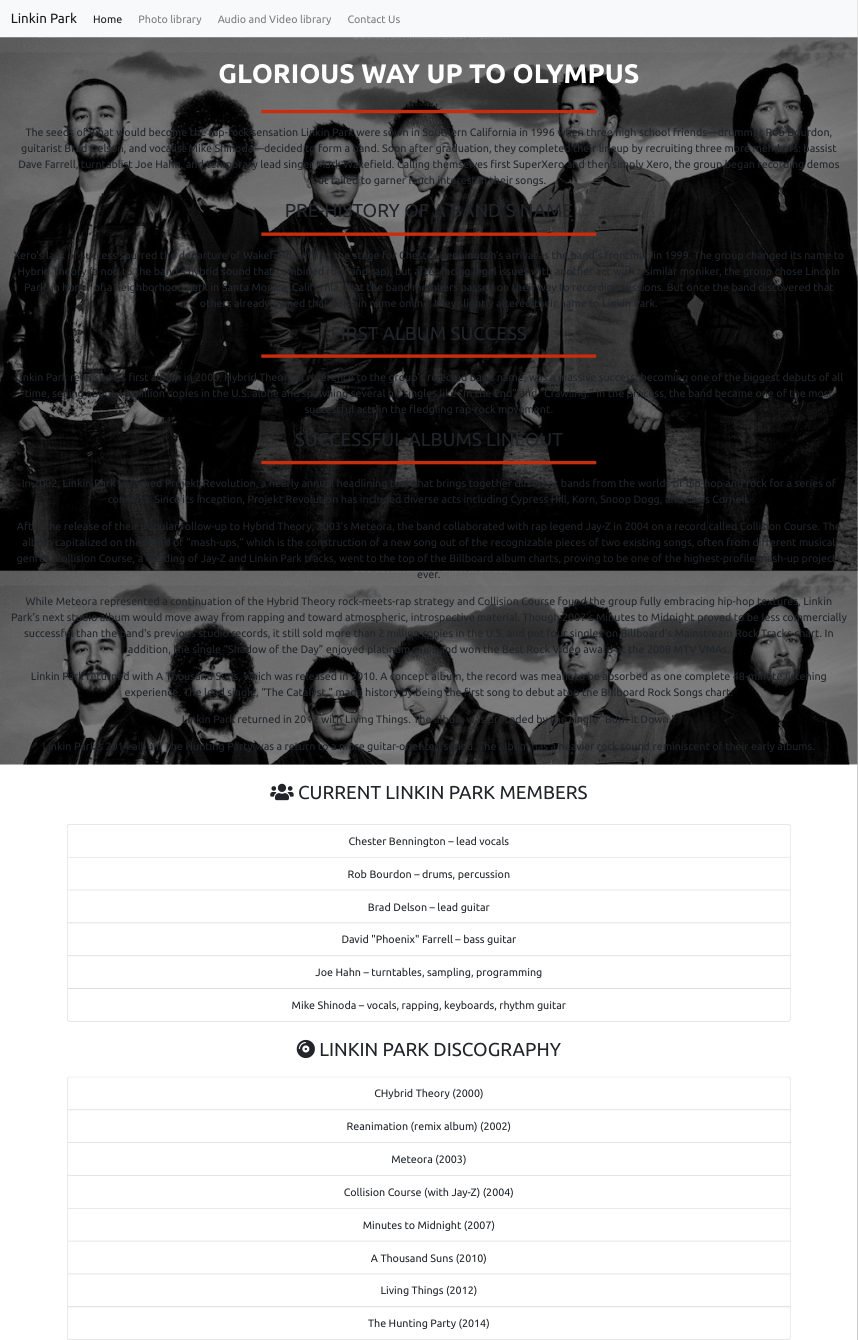
Repository: vaida898/website
Page: index.html
The author's editor kept a record of every edit. The page is drawn from the files as they stood at one moment, then again after the next edit.
The browser window is 1280 px wide. The pictures show the whole page, at 67% of full size.
Backgrounds fixed to the window are drawn as part of the page. Some web libraries are served in a nearby version.

Above is the page before.
Console error: TypeError: Cannot read properties of undefined (reading 'fn')

### index.html
<!DOCTYPE html>
<html lang="en">

<head>
    <meta charset="UTF-8">
    <meta name="viewport" content="width=device-width, initial-scale=1.0">
    <meta http-equiv="X-UA-Compatible" content="ie=edge">
    <title>LinkinPark website</title>

    <link rel="stylesheet" href="https://stackpath.bootstrapcdn.com/bootstrap/4.3.1/css/bootstrap.min.css" integrity="sha384-ggOyR0iXCbMQv3Xipma34MD+dH/1fQ784/j6cY/iJTQUOhcWr7x9JvoRxT2MZw1T" crossorigin="anonymous">
    <script src="https://stackpath.bootstrapcdn.com/bootstrap/4.3.1/js/bootstrap.min.js" integrity="sha384-JjSmVgyd0p3pXB1rRibZUAYoIIy6OrQ6VrjIEaFf/nJGzIxFDsf4x0xIM+B07jRM" crossorigin="anonymous"></script>
    <link rel="stylesheet" href="https://use.fontawesome.com/releases/v5.6.1/css/all.css" integrity="sha384-gfdkjb5BdAXd+lj+gudLWI+BXq4IuLW5IT+brZEZsLFm++aCMlF1V92rMkPaX4PP" crossorigin="anonymous">
    <link href="https://fonts.googleapis.com/css?family=Ubuntu:400,700&display=swap" rel="stylesheet">
    <!-- Google font "Ubuntu" -->
    <link rel="stylesheet" href="css/style.css" type="text/css" />

</head>

<body>

    <!-- Navigation bar -->

    <nav class="navbar navbar-light bg-light navbar-expand-sm">
        <a href="/" class="navbar-brand">Linkin Park</a>

        <button class="navbar-toggler ml-auto" type="button" data-toggle="collapse" data-target="#navbarNavDropdown" aria-controls="navbarNavDropdown" aria-expanded="false" aria-label="Toggle navigation">
        <span class="navbar-toggler-icon"></span></button>

        <div class="collapse navbar-collapse" id="navbarNavDropdown">
            <ul class="navbar-nav mr-auto">
                <li class="active nav-item mr-2"><a class="nav-link" href="/">Home</a></li>
                <li class="nav-item mr-2"><a class="nav-link" href="/Photo library">Photo library</a></li>
                <li class="nav-item mr-2"><a class="nav-link" href="/Audio and Video library">Audio and Video library</a></li>
                <li class="nav-item mr-2"><a class="nav-link" href="/Contact Us">Contact Us</a></li>
            </ul>
        </div>
    </nav>

    <div class="container-fluid history-container">
        <div class="opaque-overlay">&nbsp;</div>
        <div class="row">
            <div class="col-12">
                <section class="About Us text-center">
                    <h1 class="text-uppercase jumbotron-header">Glorious way up to olympus</h1>
                    <hr class="block-divider">
                    <p>The seeds of what would become the rap-rock sensation Linkin Park were sown in Southern California in 1996 when three high school friends—drummer Rob Bourdon, guitarist Brad Delson, and vocalist Mike Shinoda—decided to form a band.
                        Soon after graduation, they completed their lineup by recruiting three more members: bassist Dave Farrell, turntablist Joe Hahn, and temporary lead singer Mark Wakefield. Calling themselves first SuperXero and then simply Xero,
                        the group began recording demos but failed to garner much interest in their songs.</p>

                    <h3 class="text-uppercase">Pre-history of a band's name</h3>
                    <hr class="block-divider">
                    <p>Xero’s lack of success spurred the departure of Wakefield, setting the stage for Chester Bennington’s arrival as the band’s frontman in 1999. The group changed its name to Hybrid Theory (a nod to the band’s hybrid sound that combined
                        rock and rap), but after facing legal issues with another act with a similar moniker, the group chose Lincoln Park, in honor of a neighborhood park in Santa Monica, California, that the band members passed on their way to recording
                        sessions. But once the band discovered that others already owned that domain name online, they slightly altered their name to Linkin Park.</p>

                    <h3 class="text-uppercase">First Album success</h3>
                    <hr class="block-divider">
                    <p>Linkin Park released its first album in 2000. Hybrid Theory, a reference to the group’s rejected band name, was a massive success, becoming one of the biggest debuts of all time, selling about 10 million copies in the U.S. alone and
                        spawning several hit singles like “In the End” and “Crawling.” In the process, the band became one of the most successful acts in the fledgling rap-rock movement.</p>

                    <h3 class="text-uppercase">Successful albums lineout</h3>
                    <hr class="block-divider">
                    <p>In 2002, Linkin Park launched Projekt Revolution, a nearly annual headlining tour that brings together different bands from the worlds of hip-hop and rock for a series of concerts. Since its inception, Projekt Revolution has included
                        diverse acts including Cypress Hill, Korn, Snoop Dogg, and Chris Cornell.</p>

                    <p>After the release of their popular follow-up to Hybrid Theory, 2003’s Meteora, the band collaborated with rap legend Jay-Z in 2004 on a record called Collision Course. The album capitalized on the trend of “mash-ups,” which is the
                        construction of a new song out of the recognizable pieces of two existing songs, often from different musical genres. Collision Course, a melding of Jay-Z and Linkin Park tracks, went to the top of the Billboard album charts, proving
                        to be one of the highest-profile mash-up projects ever.</p>

                    <p>While Meteora represented a continuation of the Hybrid Theory rock-meets-rap strategy and Collision Course found the group fully embracing hip-hop textures, Linkin Park’s next studio album would move away from rapping and toward atmospheric,
                        introspective material. Though 2007’s Minutes to Midnight proved to be less commercially successful than the band's previous studio records, it still sold more than 2 million copies in the U.S. and put four singles on Billboard’s
                        Mainstream Rock Tracks chart. In addition, the single “Shadow of the Day” enjoyed platinum sales and won the Best Rock Video award at the 2008 MTV VMAs.</p>

                    <p>Linkin Park returned with A Thousand Suns, which was released in 2010. A concept album, the record was meant to be absorbed as one complete 48-minute listening experience. The lead single, “The Catalyst,” made history by being the
                        first song to debut atop the Billboard Rock Songs chart.</p>

                    <p>Linkin Park returned in 2012 with Living Things. The album was preceded by the single “Burn It Down.”</p>

                    <p>Linkin Park's 2014 album The Hunting Party was a return to a more guitar-oriented sound. The album has a heavier rock sound reminiscent of their early albums.</p>
                </section>
            </div>
        </div>
    </div>

    <div class=" container members-container">
        <section class="Band members text-center">
            <div class="row">
                <div class="col-12 col-md-12 my-4">
                    <h3 class="text-uppercase"><i class="fas fa-users d-none d-sm-inline"></i> Current Linkin Park members</h3>
                </div>
            </div>
            <div class="col-12 col-md-12">
                <ul class="list-group">
                    <li class="list-group-item">Chester Bennington – lead vocals</li>
                    <li class="list-group-item">Rob Bourdon – drums, percussion</li>
                    <li class="list-group-item">Brad Delson – lead guitar</li>
                    <li class="list-group-item">David "Phoenix" Farrell – bass guitar</li>
                    <li class="list-group-item">Joe Hahn – turntables, sampling, programming</li>
                    <li class="list-group-item">Mike Shinoda – vocals, rapping, keyboards, rhythm guitar</li>
                </ul>
            </div>
        </section>
    </div>

    <div class="container discography-container">
        <section class="Band discography text-center">
            <div class="col-12 col-md-12 my-4">
                <h3 class="text-uppercase"><i class="fas fa-compact-disc d-none d-sm-inline"></i> Linkin Park discography</h3>
            </div>
            <div class="col-12 col-md-12">
                <ul class="list-group">
                    <li class="list-group-item">CHybrid Theory (2000)</li>
                    <li class="list-group-item">Reanimation (remix album) (2002)</li>
                    <li class="list-group-item">Meteora (2003)</li>
                    <li class="list-group-item">Collision Course (with Jay-Z) (2004)</li>
                    <li class="list-group-item">Minutes to Midnight (2007)</li>
                    <li class="list-group-item">A Thousand Suns (2010)</li>
                    <li class="list-group-item">Living Things (2012)</li>
                    <li class="list-group-item">The Hunting Party (2014)</li>
                </ul>
            </div>
        </section>
    </div>

    <script src="https://code.jquery.com/jquery-3.3.1.slim.min.js" integrity="sha384-q8i/X+965DzO0rT7abK41JStQIAqVgRVzpbzo5smXKp4YfRvH+8abtTE1Pi6jizo" crossorigin="anonymous"></script>
    <script src="https://cdnjs.cloudflare.com/ajax/libs/popper.js/1.14.7/umd/popper.min.js" integrity="sha384-UO2eT0CpHqdSJQ6hJty5KVphtPhzWj9WO1clHTMGa3JDZwrnQq4sF86dIHNDz0W1" crossorigin="anonymous"></script>
    <script src="https://stackpath.bootstrapcdn.com/bootstrap/4.3.1/js/bootstrap.min.js" integrity="sha384-JjSmVgyd0p3pXB1rRibZUAYoIIy6OrQ6VrjIEaFf/nJGzIxFDsf4x0xIM+B07jRM" crossorigin="anonymous"></script>

</body>

</html>

### css/style.css
body {
    font-family: 'Ubuntu', sans-serif;
}

.history-container {
    background: url(../images/background.jpg) no-repeat center center fixed;
    -webkit-background-size: cover;
    -moz-background-size: cover;
    -o-background-size: cover;
    background-size: cover;

    top: 0;
    display: flex;
    align-items: center;
    justify-content: center;

    position: relative;
}

.opaque-overlay {
    position: absolute;
    width: 100%;
    height: 100%;
    top: 0;
    left: 0;
    background-color: rgba(0,0,0,0.5);
}

.members-container {}

.discography-container {}

/* Block-divider */

.block-divider {
    width: 500px;
    height: 5px;
    border: 0;
    background-color: #CA2D0B;
}

/* Jumbotron */

.jumbotron-header {
    color: white;
    font-weight: bold;
    margin-top: 30px;
    margin-bottom: 30px;
}

.jumbotron-paragraph {
    color: white;
    font-weight: bold;
    margin-top: 30px;
    margin-bottom: 30px;
}

.jumbotron-text {
    color: #C2C2C2;
}

After the next edit:
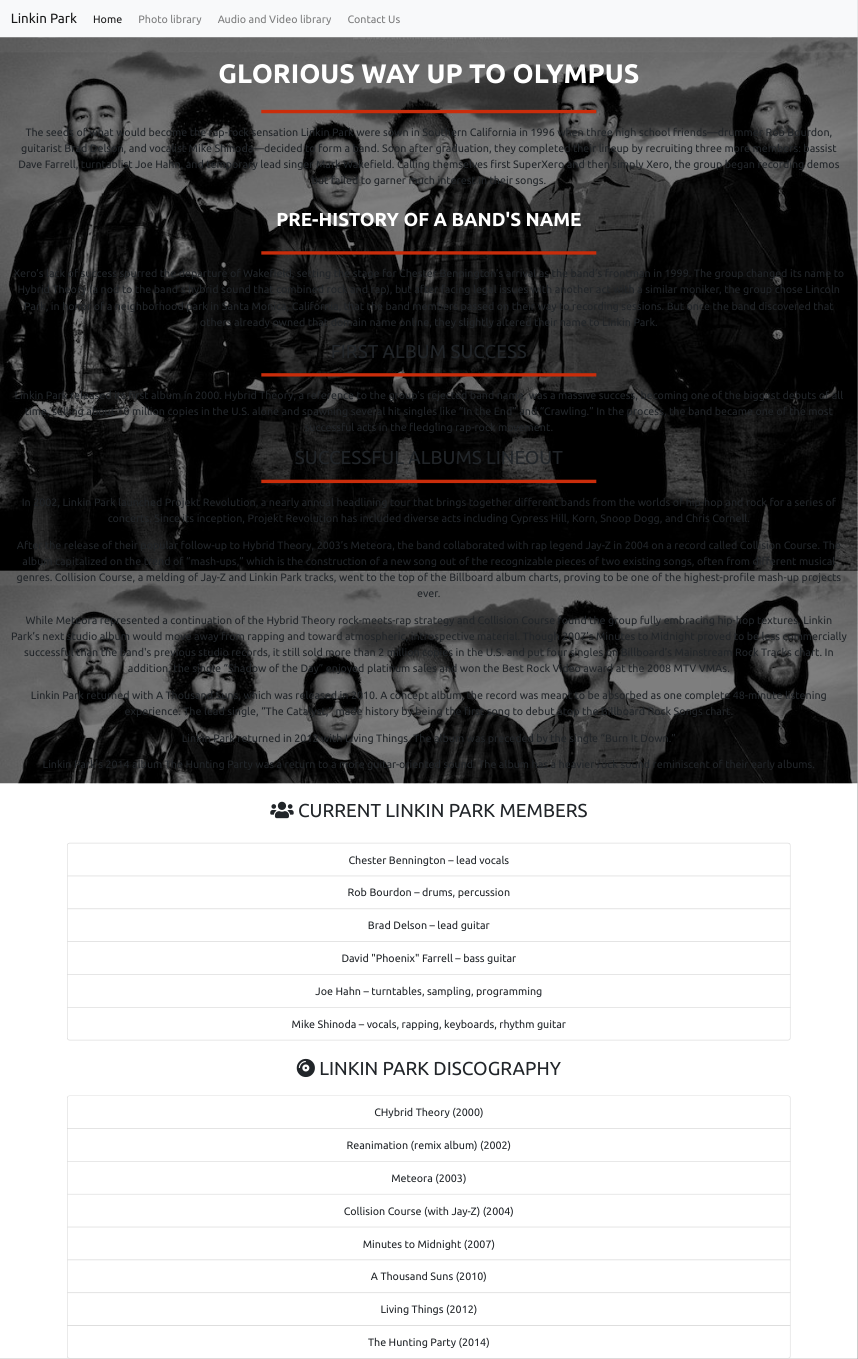
The edit:
--- a/index.html
+++ b/index.html
@@ -47,7 +47,7 @@
                         Soon after graduation, they completed their lineup by recruiting three more members: bassist Dave Farrell, turntablist Joe Hahn, and temporary lead singer Mark Wakefield. Calling themselves first SuperXero and then simply Xero,
                         the group began recording demos but failed to garner much interest in their songs.</p>
 
-                    <h3 class="text-uppercase">Pre-history of a band's name</h3>
+                    <h3 class="text-uppercase jumbotron-paragraph">Pre-history of a band's name</h3>
                     <hr class="block-divider">
                     <p>Xero’s lack of success spurred the departure of Wakefield, setting the stage for Chester Bennington’s arrival as the band’s frontman in 1999. The group changed its name to Hybrid Theory (a nod to the band’s hybrid sound that combined
                         rock and rap), but after facing legal issues with another act with a similar moniker, the group chose Lincoln Park, in honor of a neighborhood park in Santa Monica, California, that the band members passed on their way to recording
